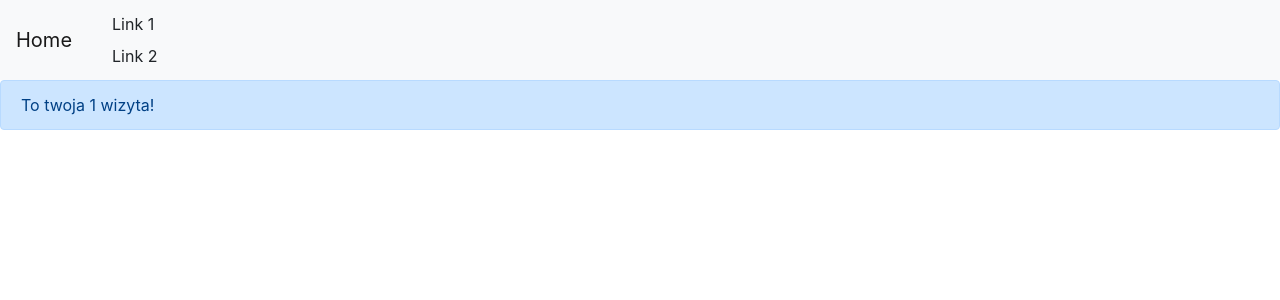
Repository: mahoone/revising_php
Page: http://localhost/public/index.php?v=categories
These files come from the project's save history. The page is drawn as it stood at one moment and after the next save; the edit follows.
The browser window is 1280 px wide. The pictures show the whole page.
The page is run by PHP 8.4 with error messages shown; the project is at /var/www/html/.

Above is the page before, as saved 2020-06-14 18:19:37.

### public/index.php
<!DOCTYPE html>
<html lang="en">
<head>
    <meta charset="UTF-8">
    <meta name="viewport" content="width=device-width, initial-scale=1.0">
    <title>Home</title>
    <link rel="stylesheet" href="https://stackpath.bootstrapcdn.com/bootstrap/4.5.0/css/bootstrap.min.css" integrity="sha384-9aIt2nRpC12Uk9gS9baDl411NQApFmC26EwAOH8WgZl5MYYxFfc+NcPb1dKGj7Sk" crossorigin="anonymous">
</head>
<body>

<?php
include('../utils/utils.php');
include('../modules/nav.php');
?>


<div class="alert alert-primary" role="alert">
  <?php visit_counter() ?>
</div>

<script src="https://code.jquery.com/jquery-3.5.1.slim.min.js" integrity="sha384-DfXdz2htPH0lsSSs5nCTpuj/zy4C+OGpamoFVy38MVBnE+IbbVYUew+OrCXaRkfj" crossorigin="anonymous"></script>
<script src="https://cdn.jsdelivr.net/npm/popper.js@1.16.0/dist/umd/popper.min.js" integrity="sha384-Q6E9RHvbIyZFJoft+2mJbHaEWldlvI9IOYy5n3zV9zzTtmI3UksdQRVvoxMfooAo" crossorigin="anonymous"></script>
<script src="https://stackpath.bootstrapcdn.com/bootstrap/4.5.0/js/bootstrap.min.js" integrity="sha384-OgVRvuATP1z7JjHLkuOU7Xw704+h835Lr+6QL9UvYjZE3Ipu6Tp75j7Bh/kR0JKI" crossorigin="anonymous"></script>
</body>
</html>

### utils/utils.php
<?php

session_start();

// Count user visits
function visit_counter() {
    if(!isset($_SESSION['counter'])) {
        $_SESSION['counter'] = 0;
    }

    $_SESSION['counter']++;
    echo "To twoja ".$_SESSION['counter'].' wizyta!';
}

// Show info about user

function visitor_info() {
    dumb($_SERVER);
}


function dumb($var)
{
    echo '<pre>';
    print_r($var);
    echo '</pre>';
}

// Handle re-directs

if(array_key_exists('v', $_GET))
{
    $module = $_GET['v'];
}else
{
    $module = 'categories';
}

$moduleDir = '../modules/'. $module. '.php';

if(file_exists($moduleDir)) {
    require($moduleDir);
} else {
    header("HTTP/1.1 404 Not Found");
}

### modules/nav.php
<nav class="navbar navbar-expand-lg navbar-light bg-light">
  <a class="navbar-brand" href="#">Home</a>
  <button class="navbar-toggler" type="button" data-toggle="collapse" data-target="#navbarSupportedContent" aria-controls="navbarSupportedContent" aria-expanded="false" aria-label="Toggle navigation">
    <span class="navbar-toggler-icon"></span>
  </button>

  <div class="collapse navbar-collapse" id="navbarSupportedContent">
    <ul class="navbar-nav mr-auto">
      <li class="nav-item active">
            <a class="dropdown-item" href="index.php?v=categories">Link 1</a>
            <a class="dropdown-item" href="index.php?v=posts">Link 2</a>
      </li>
    </ul>
  </div>
</nav>

Loaded but not shown: modules/categories.php (no stored copy; drawn as an empty file)

After the next save:
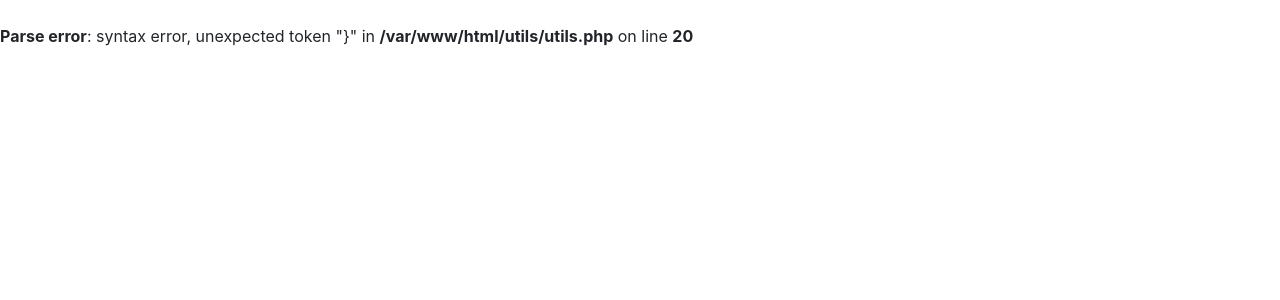
Saved 11 s later.
--- a/utils/utils.php
+++ b/utils/utils.php
@@ -15,7 +15,9 @@
 // Show info about user
 
 function visitor_info() {
-    dumb($_SERVER);
+    if(!isset($_SERVER)) {
+        dumb($_SERVER)
+    }
 }
 
 

After the save that followed:
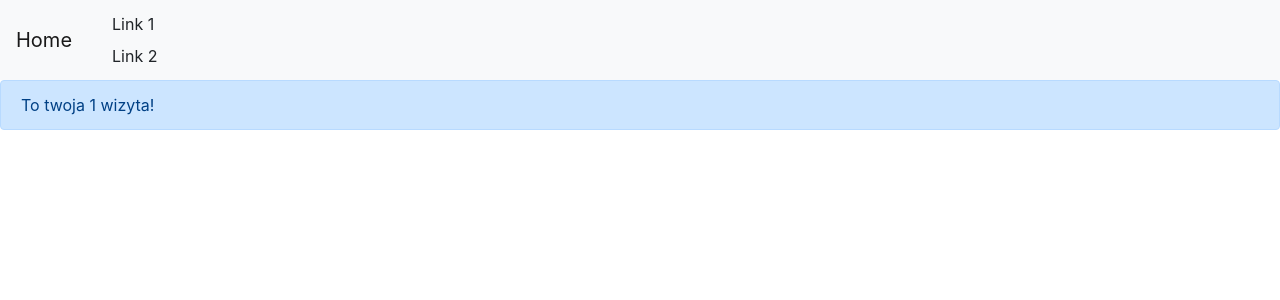
Saved 5 s later.
--- a/utils/utils.php
+++ b/utils/utils.php
@@ -16,7 +16,7 @@
 
 function visitor_info() {
     if(!isset($_SERVER)) {
-        dumb($_SERVER)
+        dumb($_SERVER);
     }
 }
 
